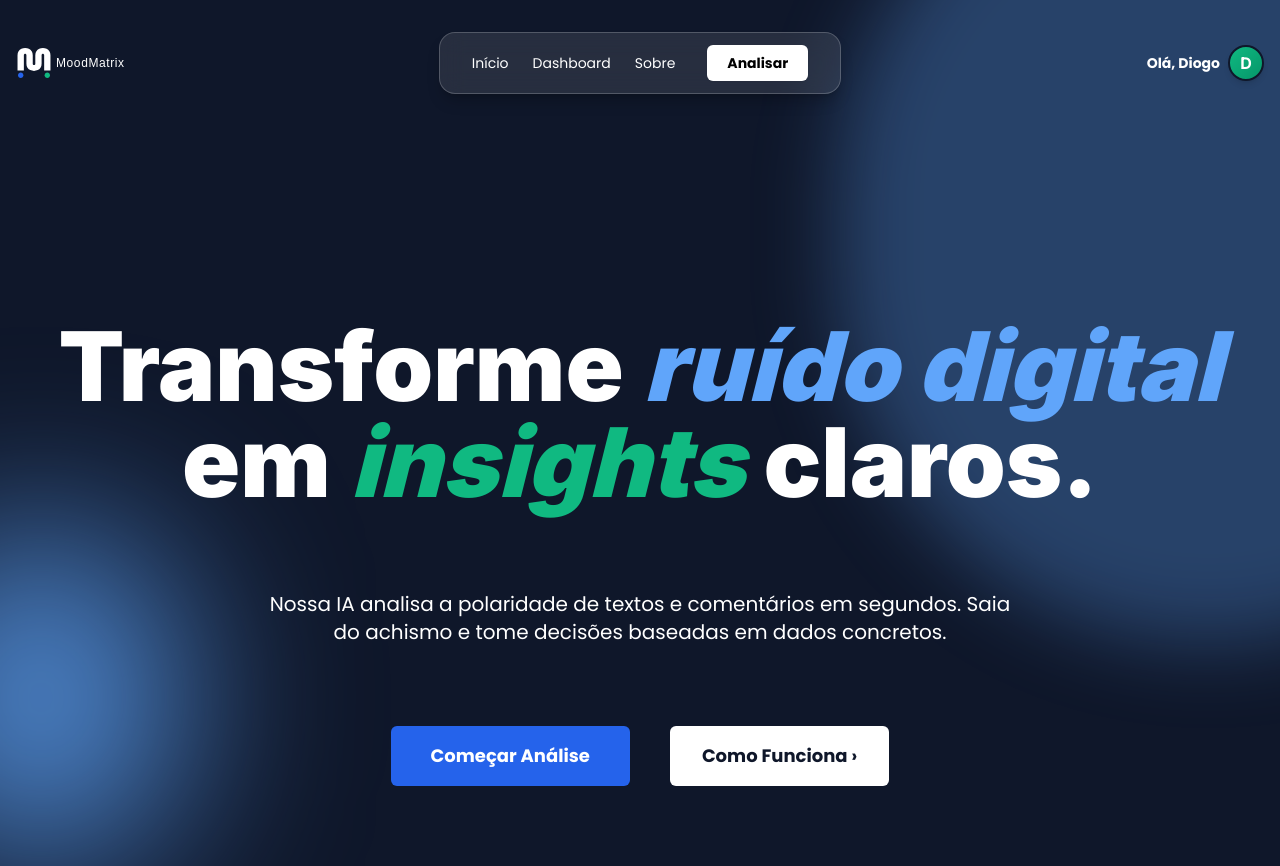
Repository: Hackaton-ONE/hackathon-Frontend
Page: /
The author's editor kept a copy of each file at every save. The page is drawn from the files as they stood at one save, then again after the next save.
The browser window is 1280 px wide. The pictures show the whole page.
Some web fonts or font styles are not loaded; a fallback is used. The project was rebuilt for these pictures with package versions that can differ from the ones it lists, and the page was loaded fresh each time. The framework's server and built-in components were replaced by stand-ins that run in the browser. Also part of the build but not shown: next.config.ts.

Above is the page before, as saved 2026-01-02 11:08:10.

After the next save:
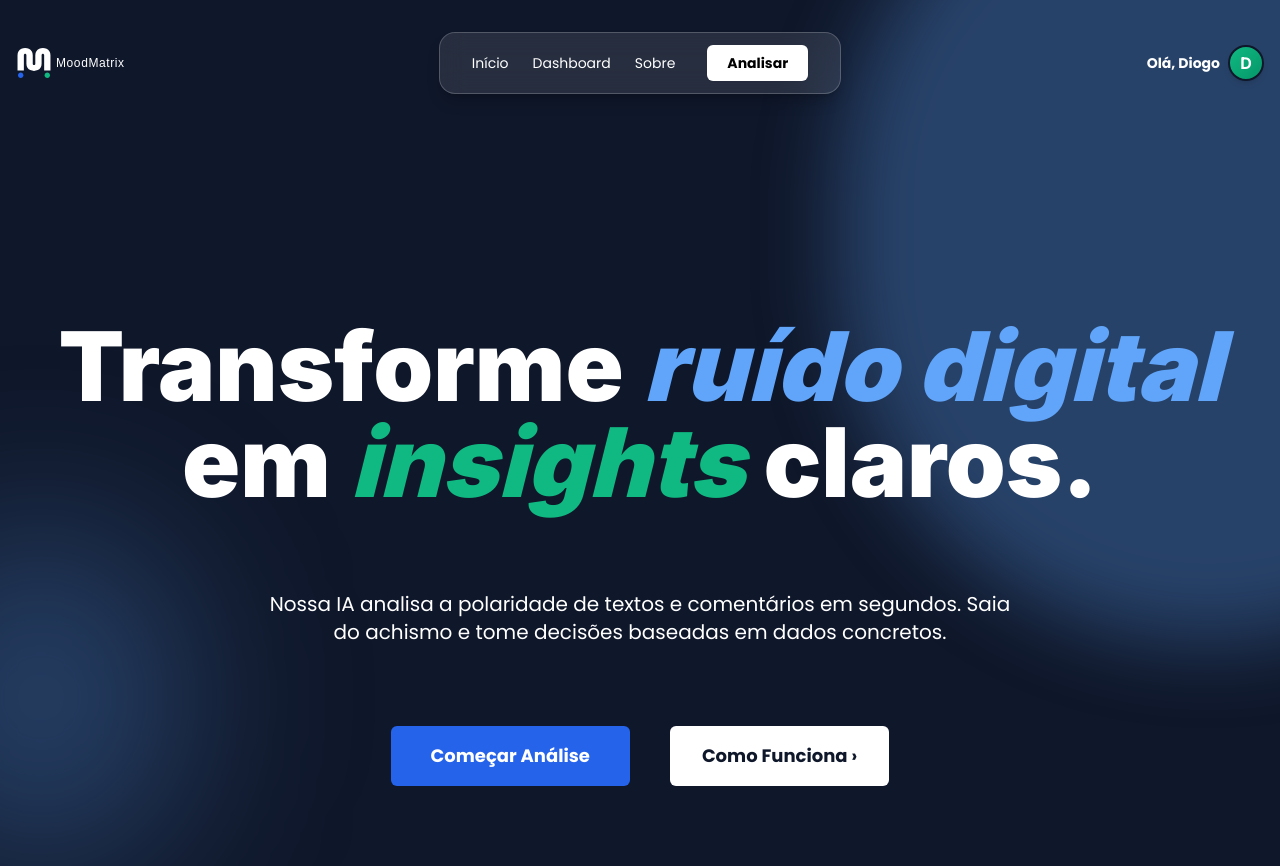
Saved 13 s later.
--- a/components/HeroSection.tsx
+++ b/components/HeroSection.tsx
@@ -43,7 +43,7 @@ export function HeroSection() {
           left-[-100px]
           w-[282px]
           h-[343px]
-          bg-blue-light/80
+          bg-blue-light/30
           blur-[90px]
           rounded-full
           z-100
